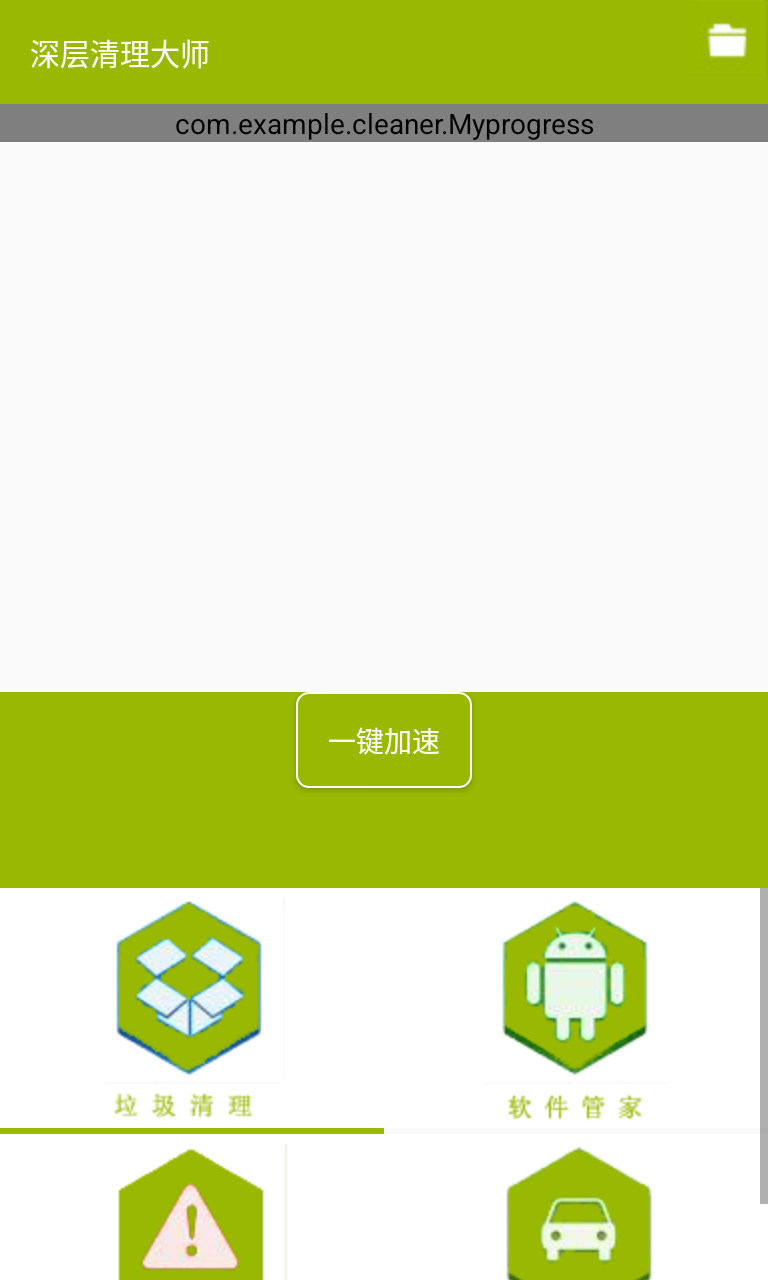
Repository: shi1hh/Cleaner
Layout: Cleaner/res/layout/activity_main.xml
An editor plug-in stored every save of this project. The layout is shown before and after the next save, followed by the edit.
Pictures or frames that could not be fetched are drawn as grey boxes. It is drawn on a 768 x 1280 px phone screen (xhdpi) without system bars, with theme AppTheme; the app's code is not run.

Above is the layout before, as saved 2015-10-11 03:21:48.

After the next save:
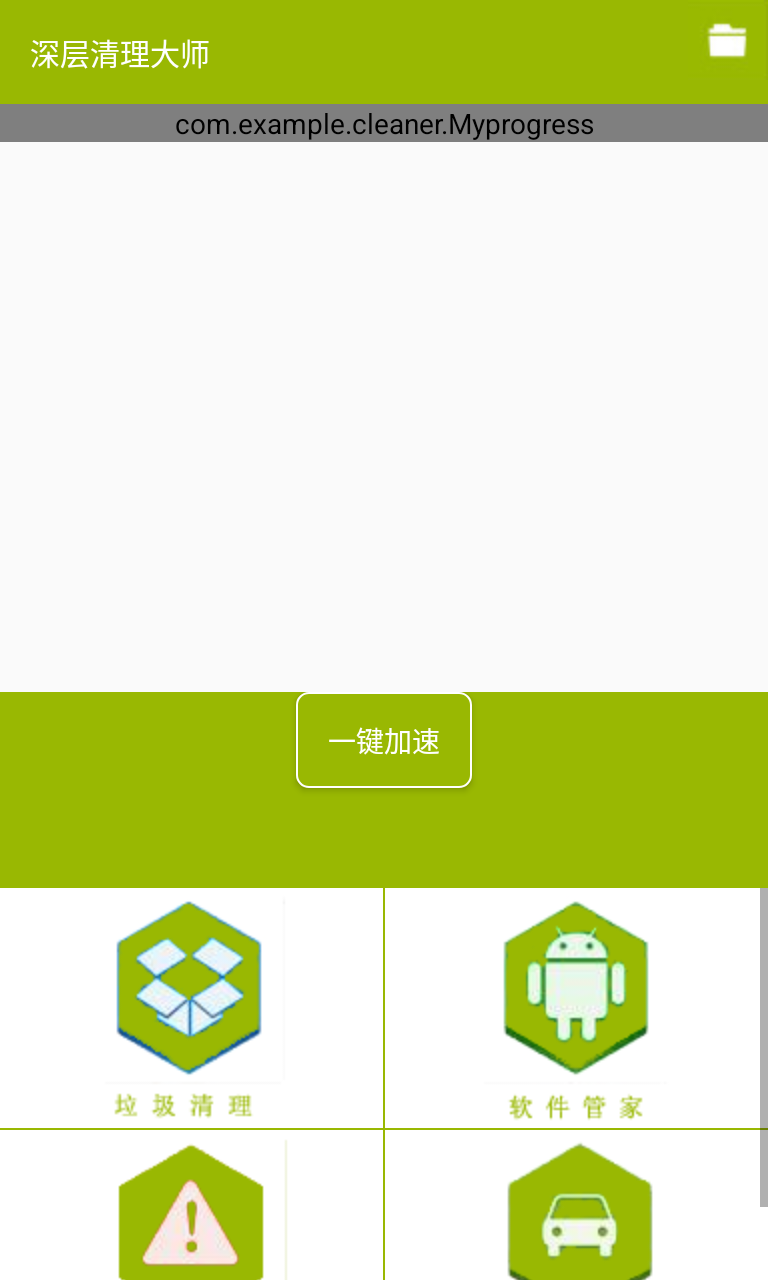
Saved 16 min 30 s later.
--- a/Cleaner/res/layout/activity_main.xml
+++ b/Cleaner/res/layout/activity_main.xml
@@ -77,50 +77,71 @@
             <TableLayout
                 android:layout_width="match_parent"
                 android:layout_height="wrap_content"
-                android:stretchColumns="0,1"          >
+         android:stretchColumns="0,2"     >
 
-<TableRow
-    android:layout_width="match_parent"
-    android:layout_height="wrap_content" >
+                <TableRow
+                    android:layout_width="match_parent"
+                    android:layout_height="wrap_content" >
 
-                <ImageButton
-                    android:id="@+id/imageButton1"
+                    <ImageButton
+                        android:id="@+id/imageButton1"
+                        android:layout_width="match_parent"
+                        android:layout_height="match_parent"
+                        android:background="#ffffff"
+                        android:src="@drawable/f2" />
+                 <View       android:layout_width="1dp"
+                        android:layout_height="match_parent"
+                        android:background="#99b802" />
+                    <ImageButton
+                        android:id="@+id/imageButton2"
+                        android:layout_width="match_parent"
+                        android:layout_height="match_parent"
+                        android:background="#ffffff"
+                        android:src="@drawable/f4" />
+                </TableRow>
+
+                <TableRow
                     android:layout_width="match_parent"
-                    android:layout_height="match_parent"
-                    android:src="@drawable/f2"
-                    android:background="#ffffff" />
+                    android:layout_height="wrap_content"
+                >
 
-                <ImageButton
-                    android:id="@+id/imageButton2"
+
+                    <View
+                        android:layout_width="match_parent"
+                        android:layout_height="1dp"
+                        android:background="#99b802" />
+                          <View
+                        android:layout_width="match_parent"
+                        android:layout_height="1dp"
+                        android:background="#99b802" />
+                                 <View
+                        android:layout_width="match_parent"
+                        android:layout_height="1dp"
+                        android:background="#99b802" />
+                </TableRow>
+
+                <TableRow
                     android:layout_width="match_parent"
-                    android:layout_height="match_parent"
-                    android:src="@drawable/f4"
-                    android:background="#ffffff" />
+                    android:layout_height="wrap_content" >
+
+                    <ImageButton
+                        android:id="@+id/imageButton3"
+                        android:layout_width="match_parent"
+                        android:layout_height="match_parent"
+                        android:background="#ffffff"
+                        android:src="@drawable/f1" />
+   <View       android:layout_width="1dp"
+                        android:layout_height="match_parent"
+                        android:background="#99b802" />
+                    <ImageButton
+                        android:id="@+id/imageButton4"
+                        android:layout_width="match_parent"
+                        android:layout_height="match_parent"
+                        android:background="#ffffff"
+                        android:src="@drawable/f3" >
+                    </ImageButton>
                 </TableRow>
-  <TableRow android:layout_width="match_parent" android:layout_weight="1">"
-     <View android:layout_width="match_parent" android:layout_height="3dp" android:background="#99b802"/>
-</TableRow>
-            <TableRow
-                android:layout_width="match_parent"
-                android:layout_height="wrap_content" >
-
-                <ImageButton
-                    android:id="@+id/imageButton3"
-                    android:layout_width="match_parent"
-                    android:layout_height="match_parent"
-                      android:background="#ffffff"
-                    android:src="@drawable/f1" />
-
-                <ImageButton
-                    android:id="@+id/imageButton4"
-                    android:layout_width="match_parent"
-                    android:layout_height="match_parent"
-                    android:background="#ffffff"
-                    android:src="@drawable/f3" >
-                </ImageButton>
-                </TableRow>
-              </TableLayout>
-
+            </TableLayout>
         </ScrollView>
     </LinearLayout>
 
